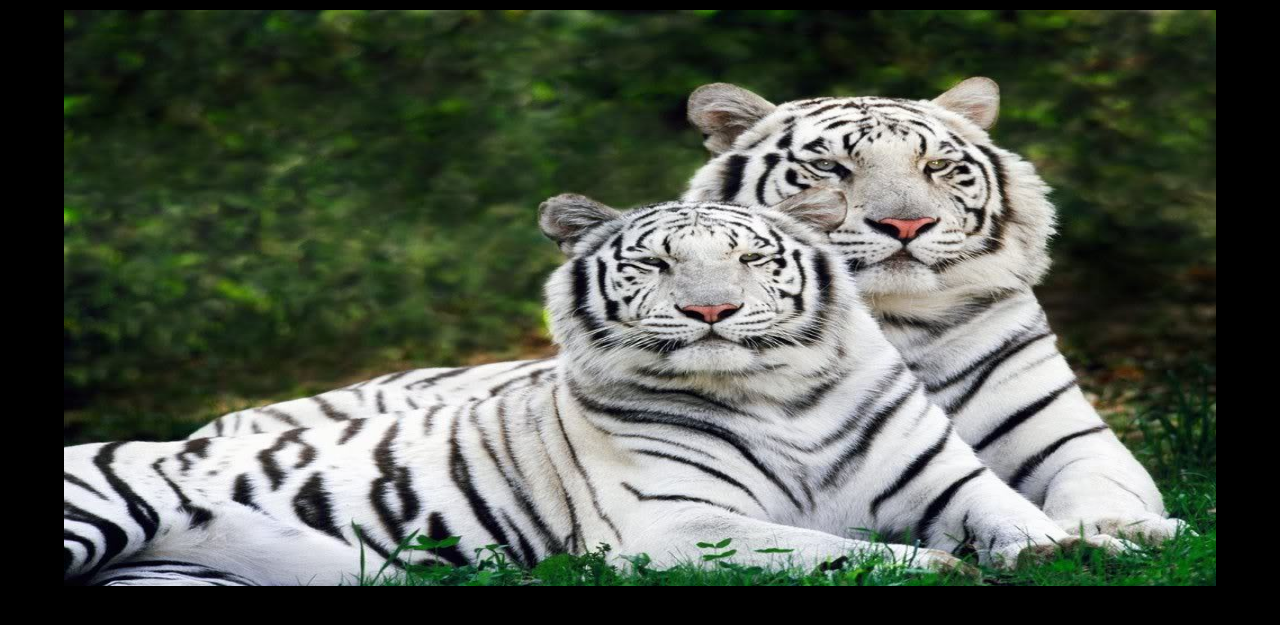
Repository: niebezsensu/Info-Folder
Page: index.html
The author's editor kept a record of every edit. The page is drawn from the files as they stood at one moment, then again after the next edit.
The browser window is 1280 px wide. The pictures show the whole page.
After loading, the first visible `div.first-spot` was clicked once.
Pictures or frames that could not be fetched are drawn as grey boxes.

Above is the page before.

### index.html
<html>

<head>
    <meta charset="utf-8">
    <title>Multimedia - Quiz</title>
    <link rel="stylesheet" href="css/folder.css" type="text/css" />

</head>

<body>
    <script src="js/jquery-2.1.3.min.js"></script>
    <script src="js/folder.js"></script>
</body>
<div class="container visible">
    <div class="first-spot">
        <div class="box">

        </div>
        <div class="hidden-box">

        </div>
        <div class="content">
            <p><b>Biały tygrys</b></p>
            <span>jeden z wielu wariantów ubarwienia tygrysa Panthera tigris (ssak z rodziny kotowatych). Jego cechami charakterystycznymi są: kremowe lub białe umaszczenie sierści, różowy nos, niebieskie oczy oraz czarne, szare lub brązowe pasy. Osobniki albinotyczne o śnieżnobiałym kolorze futra, posiadające prawie niewidoczne pasy lub ich brak, nazywane są Królowymi Śniegu . Jest osobliwością, poszukiwaną przez ogrody zoologiczne.</span>
        </div>
    </div>
    <div class="second-spot">
        <div class="box">

        </div>
        <div class="hidden-box">

        </div>
        <div class="content">
            <p><b>Kot syberyjski</b></p>
            <span> rasa kota, zaliczana do ras półdługowłosych, pochodząca z Syberii. Zarejestrowana w FIFe dopiero w 1998 roku. Panuje przekonanie, że koty tej rasy nie uczulają ludzi tak jak koty innych ras, ponieważ ich ślina zawiera mniej białka fel d1.</span>
        </div>
    </div>
    <div class="third-spot">
        <div class="box">

        </div>
        <div class="hidden-box">

        </div>
        <div class="content">
            <p><b>Kotek</b></p>
            <span>Słodkie kociaki</span>
        </div>
    </div>
    <div class="fourth-spot">
        <div class="box">

        </div>
        <div class="hidden-box">

        </div>
        <div class="content">
            <p><b>Inne</b></p>
            <span>Pallas - kot chroniony</span>
        </div>
    </div>
    <div id="first-slider"></div>
    <div id="first-slider-content">
        <p><b>Biały tygrys</b></p>
        <span>W naturze tygrysy te żyją jedynie w subtropikalnych lasach Bengalu, w północno-wschodnich Indiach. Nie są one jednak innymi podgatunkami, lecz wariantami kolorystycznymi żyjącego tam podgatunku (Panthera tigris tigris). Rzadziej białe osobniki występują u tygrysa amurskiego (Panthera tigris altaica). Wszystkie białe koty trzymane w ogrodach zoologicznych pochodzą od jednego ojca o imieniu Mohman, którego schwytano w 1820 roku. Rodzicami białych tygrysów mogą być także dwa normalnie ubarwione koty. Jest to jednak możliwe tylko wtedy, jeśli co najmniej jeden[potrzebne źródło] z nich jest nosicielem upośledzonego genu, odpowiedzialnego za wytwarzanie odpowiedniej ilości melaniny.</span>
    </div>
    <div id="second-slider"></div>
    <div id="second-slider-content">
        <p><b>Kot syberyjski</b></p>
        <span>Kot syberyjski to przedstawiciel jednej z naturalnych ras półdługowłosych. Oznacza to, że jego ewolucja przebiegała bez udziału człowieka. Początki rasy datuje się na XVII w., choć niektóre źródła podają nawet XI w. Pochodzi z Syberii i dlatego jest jednym z najczęściej występujących kotów domowych w Rosji. Kot ten został upowszechniony poza Rosją stosunkowo niedawno, na Zachodzie dopiero po upadku ZSRR. </span>
    </div>
    <div id="third-slider"></div>
    <div id="third-slider-content">
        <p><b>Kotek</b></p>
        <span>Słodkie kociaki</span>
    </div>
    <div id="fourth-slider"></div>
    <div id="fourth-slider-content">
        <p><b>Inne koty</b></p>
        <span>Pallas - kot chroniony</span>
    </div>
    <audio id="audio1" src="/audio/mendelssohn_op25_lf_01_molt_etc.mp3"></audio>
    <audio id="audio2" src="/audio/Beethoven.mp3"></audio>
    <audio id="audio3" src="/audio/Mozart.mp3"></audio>
    <audio id="audio4" src="/audio/vivaldi.mp3"></audio>
</div>

</html>

### css/folder.css
html {
    background-color: black;
}

.container{
    width: 1400px;
    height: 700px;
    margin: 10px auto;
    background-color: grey;
    overflow:hidden;
    position: relative;
    cursor: pointer;
}

.first-spot{
    width: 50%;
    height: 100%;

    overflow:hidden;
    float: left;
    position:relative;
}
.first-spot .box{
    border: 1px solid black;
    display:none;
    position:absolute;
    left: 0px;
    width: 100%;
    height: 100%;
    background-image: url("/images/white-siberian.jpg");
    background-size: 100% 100%;
}

.first-spot .hidden-box{
    border: 1px solid black;
    position:absolute;
    left: 0px;
    width: 100%;
    height: 100%;
    background-image: url("/images/white-siberian.jpg");
    background-size: 100% 100%;
    opacity: 0.3;
}

.first-spot .content{
    display:none;
    position: absolute;
    width: 80%;
    bottom: 1%;
    left: 10%;
    background-color: white;
    padding: 10px;
}


.second-spot{
    width: 50%;
    height: 50%;

    float: right;

    overflow:hidden;
    position:relative;
}

.second-spot .box{
    position:absolute;
    right: 0px;
    width: 100%;
    height: 100%;
    background-image: url("/images/red-siberian.jpg");
    background-size: 100% 100%;
    border: 1px solid black;
}

.second-spot .hidden-box{
    position:absolute;
    right: 0px;
    width: 100%;
    height: 100%;
    background-image: url("/images/red-siberian.jpg");
    background-size: 100% 100%;
    border: 1px solid black;
    opacity: 0.3;
}

.second-spot .content{
    display:none;
    position: absolute;
    width: 32%;
    top: 2%;
    left: 1%;
    background-color: white;
    padding: 10px;
}

.third-spot{
    width: 25%;
    height: 50%;

    float: right;

    overflow:hidden;
    position:relative;

}

.third-spot .box{
    border: 1px solid black;
    display:none;
    position:absolute;
    bottom: 0px;
    width: 100%;
    height: 100%;
    background-image: url("/images/small-cat.jpeg");
    background-size: 100% 100%;
}

.third-spot .hidden-box{
    border: 1px solid black;
    position:absolute;
    bottom: 0px;
    width: 100%;
    height: 100%;
    background-image: url("/images/small-cat.jpeg");
    background-size: 100% 100%;
    opacity: 0.3;
}

.third-spot .content{
    position: absolute;
    width: 19%;
    bottom: 3%;
    left: 3%;
    background-color: white;
    padding: 10px;
    display:none;
}


.fourth-spot{
    width: 25%;
    height: 50%;

    float: right;

    overflow:hidden;
    position:relative;
}

.fourth-spot .box{

    position:absolute;
    left: 0px;
    width: 100%;
    height: 100%;
    background-image: url("/images/snow-cat.jpg");
    background-size: 100% 100%;
    border: 1px solid black;
}

.fourth-spot .hidden-box{
    position:absolute;
    left: 0px;
    width: 100%;
    height: 100%;
    background-image: url("/images/snow-cat.jpg");
    background-size: 100% 100%;
    border: 1px solid black;
    opacity: 0.3;
}

.fourth-spot .content{

    position: absolute;
    width: 88%;
    bottom: 1%;
    left: 2%;
    background-color: white;
    padding: 10px;
    display:none;
}

.hidden div{
    opacity: 0.5;
}

#first-slider{
    right: 0px;
    display:none;
    position: absolute;
    width: 100%;
    height: 100%;
    background-image: url("/images/tigers.jpg");
    background-size: 100% 100%;
}
#first-slider-content{
    top: 70%;
    right: 0px;
    display:none;
    position: absolute;
    width: 100%;
    height: 150px;
    background-color: white;
}
#second-slider{
    right: 0px;
    display:none;
    position: absolute;
    width: 100%;
    height: 100%;
    background-image: url("/images/siberians.jpg");
    background-size: 100% 100%;
}
#second-slider-content{
    top: 70%;
    right: 0px;
    display:none;
    position: absolute;
    width: 100%;
    height: 115px;
    background-color: white;
}
#third-slider{
    right: 0px;
    display:none;
    position: absolute;
    width: 100%;
    height: 100%;
    background-image: url("/images/kittens.jpg");
    background-size: 100% 100%;
}
#third-slider-content{
    top: 70%;
    right: 0px;
    display:none;
    position: absolute;
    width: 100%;
    height: 100px;
    background-color: white;
}
#fourth-slider{
    right: 0px;
    display:none;
    position: absolute;
    width: 100%;
    height: 100%;
    background-image: url("/images/Pallas_cat.JPG");
    background-size: 100% 100%;
}
#fourth-slider-content{
    top: 70%;
    right: 0px;
    display:none;
    position: absolute;
    width: 100%;
    height: 100px;
    background-color: white;
}

### js/folder.js
$(document).ready(function() {

    $(window).on('resize', function() {
        var pageHeight = $(window).height();
        var pageWidth = $(window).width();
        if (pageWidth > 2000) {
            pageWidth = 2000;
        }
        $('.container').css('width', pageWidth * 9 / 10)
        $('.container').css('height', (pageWidth / 2) * 9 / 10)
    });
    var pageHeight = $(window).height();
    var pageWidth = $(window).width();
    if (pageWidth > 2000) {
        pageWidth = 2000;
    }
    $('.container').css('width', pageWidth * 9 / 10)
    $('.container').css('height', (pageWidth / 2) * 9 / 10)


    var sliderRight = $('.container').width();
    $('#first-slider').css('right', sliderRight);
    $('#first-slider').show();
    $('#first-slider-content').css('right', sliderRight);
    $('#second-slider').css('right', sliderRight);
    $('#second-slider').show();
    $('#third-slider').css('right', sliderRight);
    $('#third-slider').show();
    $('#fourth-slider').css('right', sliderRight);
    $('#fourth-slider').show();

    var firstSpotBoxRight = $(".first-spot").width();
    $(".first-spot .box").css('left', firstSpotBoxRight);
    $(".first-spot .box").show();
    $(".first-spot .box").animate({
        left: 0
    }, 200, "linear", function() {});

    $('.first-spot .content').toggle(1000);

    var secondSpotBoxTop = $(".second-spot").width();
    $(".second-spot .box").css('right', secondSpotBoxTop);
    $(".second-spot .box").show();
    $(".second-spot .box").animate({
        right: 0
    }, 200, "linear", function() {});

    $('.second-spot .content').toggle(1000);

    var thirdSpotBoxTop = $(".third-spot").width();
    $(".third-spot .box").css('bottom', thirdSpotBoxTop);
    $(".third-spot .box").show();
    $(".third-spot .box").animate({
        bottom: 0
    }, 200, "linear", function() {});

    var fourthSpotBoxTop = $(".fourth-spot").width();
    $(".fourth-spot .box").css('left', fourthSpotBoxTop);
    $(".fourth-spot .box").show();
    $(".fourth-spot .box").animate({
        left: 0
    }, 200, "linear", function() {});





    $(".first-spot").on('click', function() {
        $("#first-slider").animate({
            right: 0
        }, 500, "linear", function() {
            $(".first-spot .box").css('left', firstSpotBoxRight);
            $(".second-spot .box").css('right', secondSpotBoxTop);
            $(".third-spot .box").css('bottom', thirdSpotBoxTop);
            $(".fourth-spot .box").css('left', fourthSpotBoxTop);
            $('.first-spot .content').toggle(300);
            $('.second-spot .content').toggle(300);
            $('.third-spot .content').toggle(300);
            $('.fourth-spot .content').toggle(300);

            $('#audio1').get(0).play();
        });


        $('#first-slider-content').animate({
            right: 0
        }, 1000, "linear", function() {
        });
    });

    $(".second-spot").on('click', function() {
        $("#second-slider").animate({
            right: 0
        }, 500, "linear", function() {
            $(".first-spot .box").css('left', firstSpotBoxRight);
            $(".second-spot .box").css('right', secondSpotBoxTop);
            $(".third-spot .box").css('bottom', thirdSpotBoxTop);
            $(".fourth-spot .box").css('left', fourthSpotBoxTop);
            $('.first-spot .content').toggle(300);
            $('.second-spot .content').toggle(300);
            $('.third-spot .content').toggle(300);
            $('.fourth-spot .content').toggle(300);

            $('#audio3').get(0).play();
        });
    });

    $(".third-spot").on('click', function() {
        $("#third-slider").animate({
            right: 0
        }, 500, "linear", function() {
            $(".first-spot .box").css('left', firstSpotBoxRight);
            $(".second-spot .box").css('right', secondSpotBoxTop);
            $(".third-spot .box").css('bottom', thirdSpotBoxTop);
            $(".fourth-spot .box").css('left', fourthSpotBoxTop);
            $('.first-spot .content').toggle(300);
            $('.second-spot .content').toggle(300);
            $('.third-spot .content').toggle(300);
            $('.fourth-spot .content').toggle(300);

            $('#audio4').get(0).play();
        });
    });

    $(".fourth-spot").on('click', function() {
        $("#fourth-slider").animate({
            right: 0
        }, 500, "linear", function() {
            $(".first-spot .box").css('left', firstSpotBoxRight);
            $(".second-spot .box").css('right', secondSpotBoxTop);
            $(".third-spot .box").css('bottom', thirdSpotBoxTop);
            $(".fourth-spot .box").css('left', fourthSpotBoxTop);
            $('.first-spot .content').toggle(300);
            $('.second-spot .content').toggle(300);
            $('.third-spot .content').toggle(300);
            $('.fourth-spot .content').toggle(300);

            $('#audio2').get(0).play();
        });
    });


    $("#first-slider").on('click', function() {
        $('#first-slider').css('right', sliderRight);
        $('#first-slider-content').css('right', sliderRight);

        $(".first-spot .box").animate({
            left: 0
        }, 200, "linear", function() {});
        $(".second-spot .box").animate({
            right: 0
        }, 200, "linear", function() {});
        $(".third-spot .box").animate({
            bottom: 0
        }, 200, "linear", function() {});
        $(".fourth-spot .box").animate({
            left: 0
        }, 200, "linear", function() {});

        $('.first-spot .content').toggle(300);
        $('.second-spot .content').toggle(300);
        $('.third-spot .content').toggle(300);
        $('.fourth-spot .content').toggle(300);

        $('#audio1').get(0).pause();
        $('#audio1').get(0).currentTime = 0;
    });

    $("#second-slider").on('click', function() {
        $('#second-slider').css('right', sliderRight);

        $(".first-spot .box").animate({
            left: 0
        }, 200, "linear", function() {});
        $(".second-spot .box").animate({
            right: 0
        }, 200, "linear", function() {});
        $(".third-spot .box").animate({
            bottom: 0
        }, 200, "linear", function() {});
        $(".fourth-spot .box").animate({
            left: 0
        }, 200, "linear", function() {});

        $('.first-spot .content').toggle(300);
        $('.second-spot .content').toggle(300);
        $('.third-spot .content').toggle(300);
        $('.fourth-spot .content').toggle(300);

        $('#audio3').get(0).pause();
        $('#audio3').get(0).currentTime = 0;
    });

    $("#third-slider").on('click', function() {
        $('#third-slider').css('right', sliderRight);


        $(".first-spot .box").animate({
            left: 0
        }, 200, "linear", function() {});
        $(".second-spot .box").animate({
            right: 0
        }, 200, "linear", function() {});
        $(".third-spot .box").animate({
            bottom: 0
        }, 200, "linear", function() {});
        $(".fourth-spot .box").animate({
            left: 0
        }, 200, "linear", function() {});

        $('.first-spot .content').toggle(300);
        $('.second-spot .content').toggle(300);
        $('.third-spot .content').toggle(300);
        $('.fourth-spot .content').toggle(300);

        $('#audio4').get(0).pause();
        $('#audio4').get(0).currentTime = 0;
    });

    $("#fourth-slider").on('click', function() {
        $('#fourth-slider').css('right', sliderRight);

        $(".first-spot .box").animate({
            left: 0
        }, 200, "linear", function() {});
        $(".second-spot .box").animate({
            right: 0
        }, 200, "linear", function() {});
        $(".third-spot .box").animate({
            bottom: 0
        }, 200, "linear", function() {});
        $(".fourth-spot .box").animate({
            left: 0
        }, 200, "linear", function() {});

        $('.first-spot .content').toggle(300);
        $('.second-spot .content').toggle(300);
        $('.third-spot .content').toggle(300);
        $('.fourth-spot .content').toggle(300);

        $('#audio2').get(0).pause();
        $('#audio2').get(0).currentTime = 0;
    });
});

Loaded but not shown: js/jquery-2.1.3.min.js (library)

After the next edit:
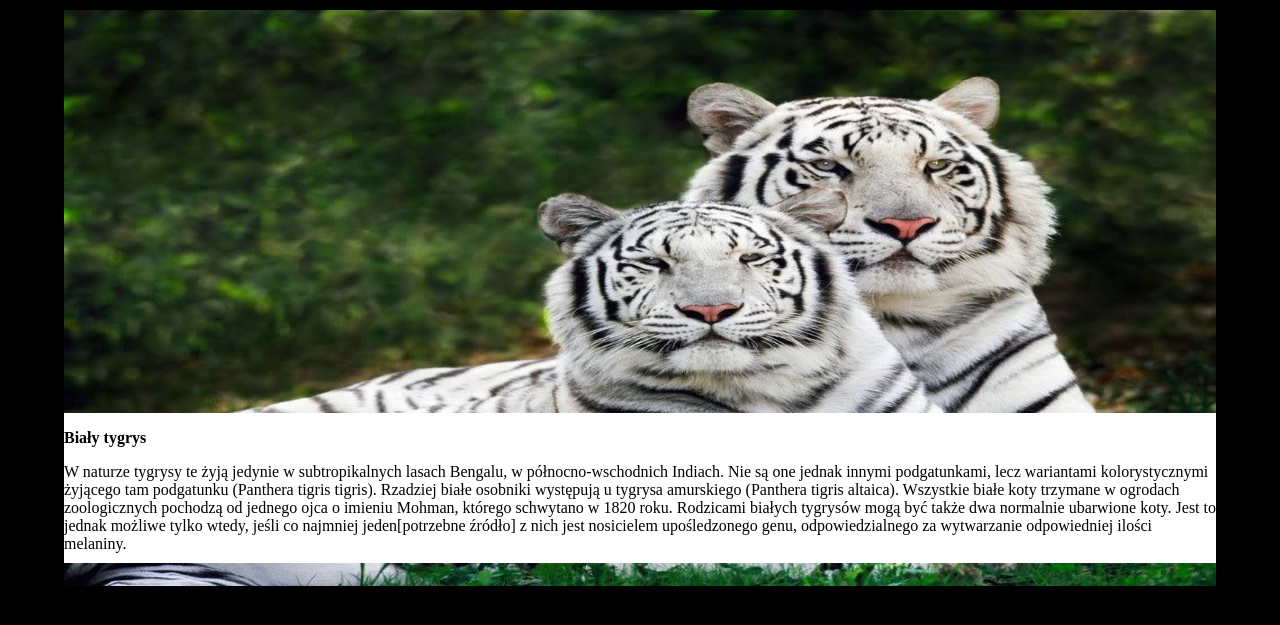
The edit:
--- a/js/folder.js
+++ b/js/folder.js
@@ -81,7 +81,7 @@
             $('#audio1').get(0).play();
         });
 
-
+        $('#first-slider-content').show();
         $('#first-slider-content').animate({
             right: 0
         }, 1000, "linear", function() {
